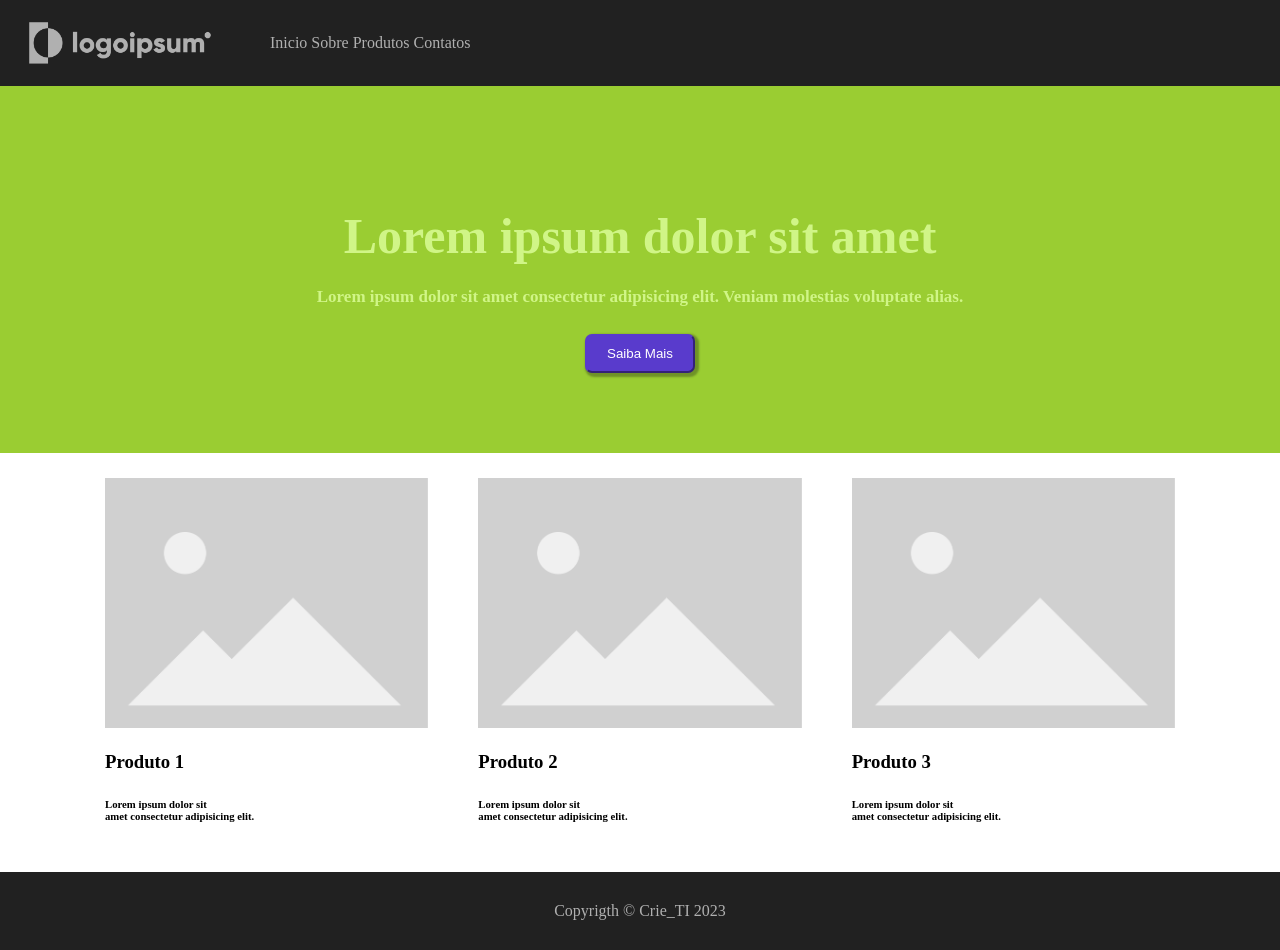
Repository: robsonwssantos/Projeto_Olaria
Page: Exercicios/ex.01/index.html
An editor plug-in stored every save of this project. The page is shown before and after the next save, followed by the edit.
The browser window is 1280 px wide. The pictures show the whole page.

Above is the page before, as saved 2023-04-21 13:07:04.

After the next save:
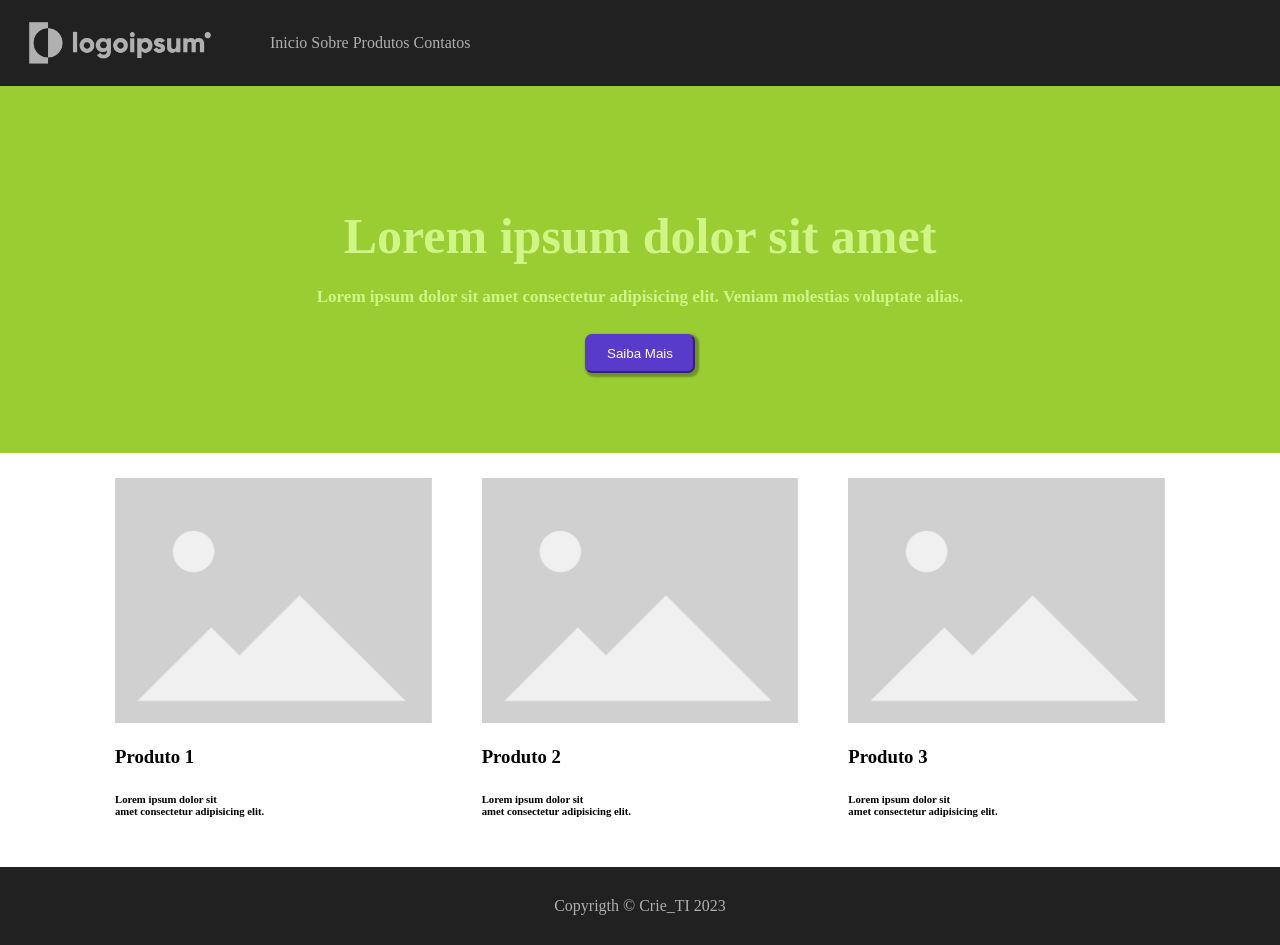
Saved 53 s later.
--- a/Exercicios/ex.01/index.html
+++ b/Exercicios/ex.01/index.html
@@ -75,8 +75,7 @@
 
 
         .container {
-            margin-left: 80px;
-            margin-right: 80px;
+            margin: 0px 90px 0px 90px;
             display: flex;
             border-top: none;
             padding-top: 0;
